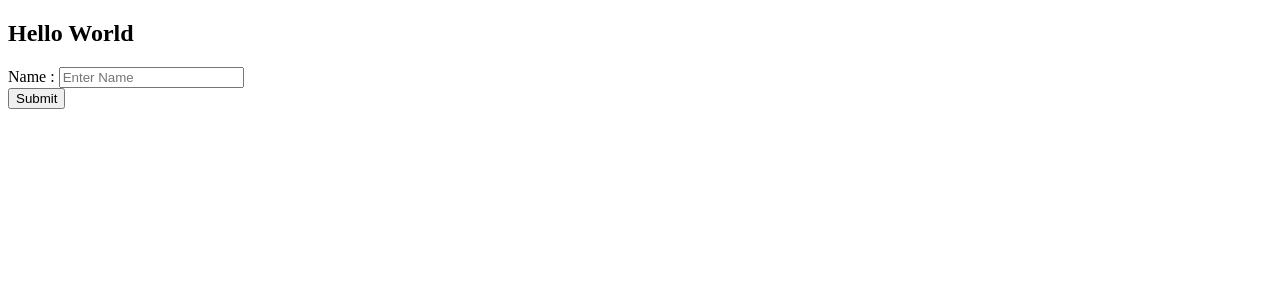
Repository: Ramakrishnmagadum/Testing_Branch
Page: http://localhost/URLFromSubmitIssue/showHelloWorld
These files come from the project's save history. The page is drawn as it stood at one moment and after the next save; the edit follows.
The browser window is 1280 px wide. The pictures show the whole page.
The page is served by Tomcat 9.

Above is the page before, as saved 2025-05-12 09:42:01.

After the next save:
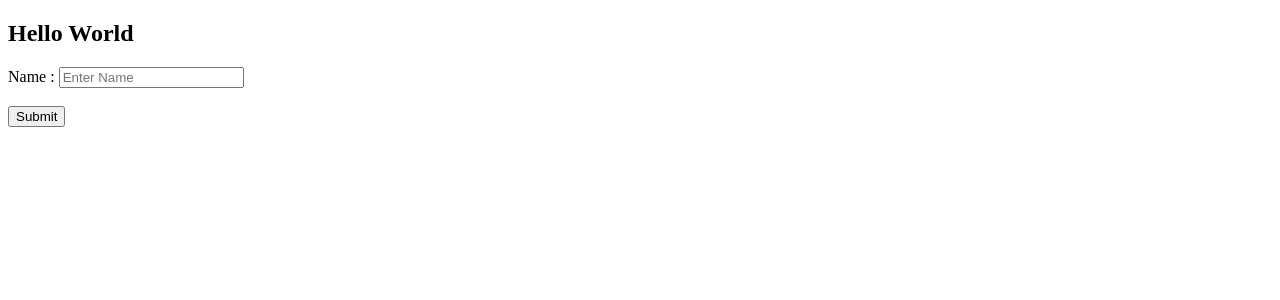
Saved 12 s later.
--- a/URLFromSubmitIssue/src/main/webapp/WEB-INF/view/ShowHelloWorld.jsp
+++ b/URLFromSubmitIssue/src/main/webapp/WEB-INF/view/ShowHelloWorld.jsp
@@ -12,7 +12,7 @@
 
 <h2>Hello World</h2>
 <label for="name">Name : </label>
-<input id="name" type="text" placeholder="Enter Name"><br>
+<input id="name" type="text" placeholder="Enter Name"><br><br>
 <input type="submit" value="Submit">
 </form>
 
